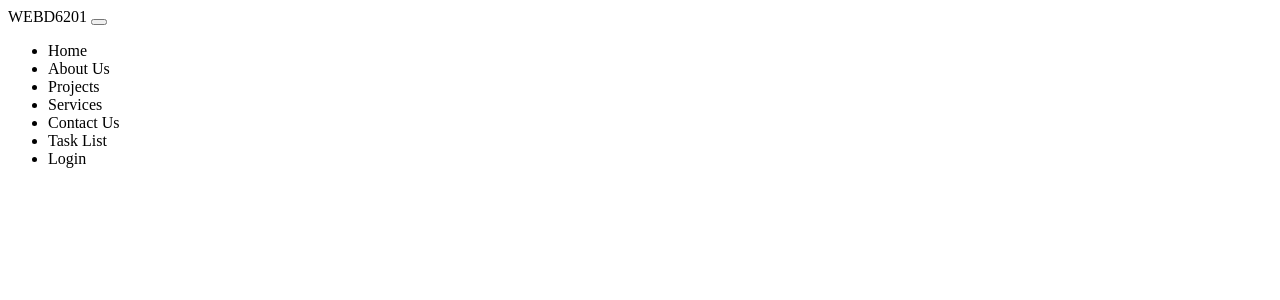
Repository: ahmedrizvi/WEBD6201-W2021-Lab3
Page: Views/components/header.html
These files come from the project's save history. The page is drawn as it stood at one moment and after the next save; the edit follows.
The browser window is 1280 px wide. The pictures show the whole page.

Above is the page before, as saved 2021-03-24 18:36:53.

After the next save:
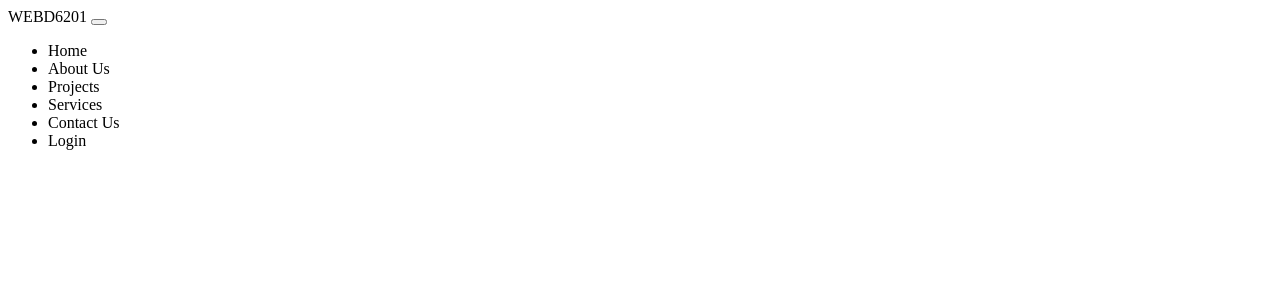
Saved 74 min 43 s later.
--- a/Views/components/header.html
+++ b/Views/components/header.html
@@ -27,9 +27,6 @@
             <a id="contact"  class="nav-link" aria-current="page"><i class="fas fa-phone fa-lg"></i> Contact Us</a>
           </li>
 
-          <li id="tasklistLoginItem" class="nav-item">
-            <a id="task-list" class="nav-link" aria-current="page"><i class="fas fa-sign-in-alt"></i> Task List</a>
-
           <li id="loginListItem" class="nav-item">
             <a id="login" class="nav-link" aria-current="page"><i class="fas fa-sign-in-alt"></i> Login</a>
           </li>
